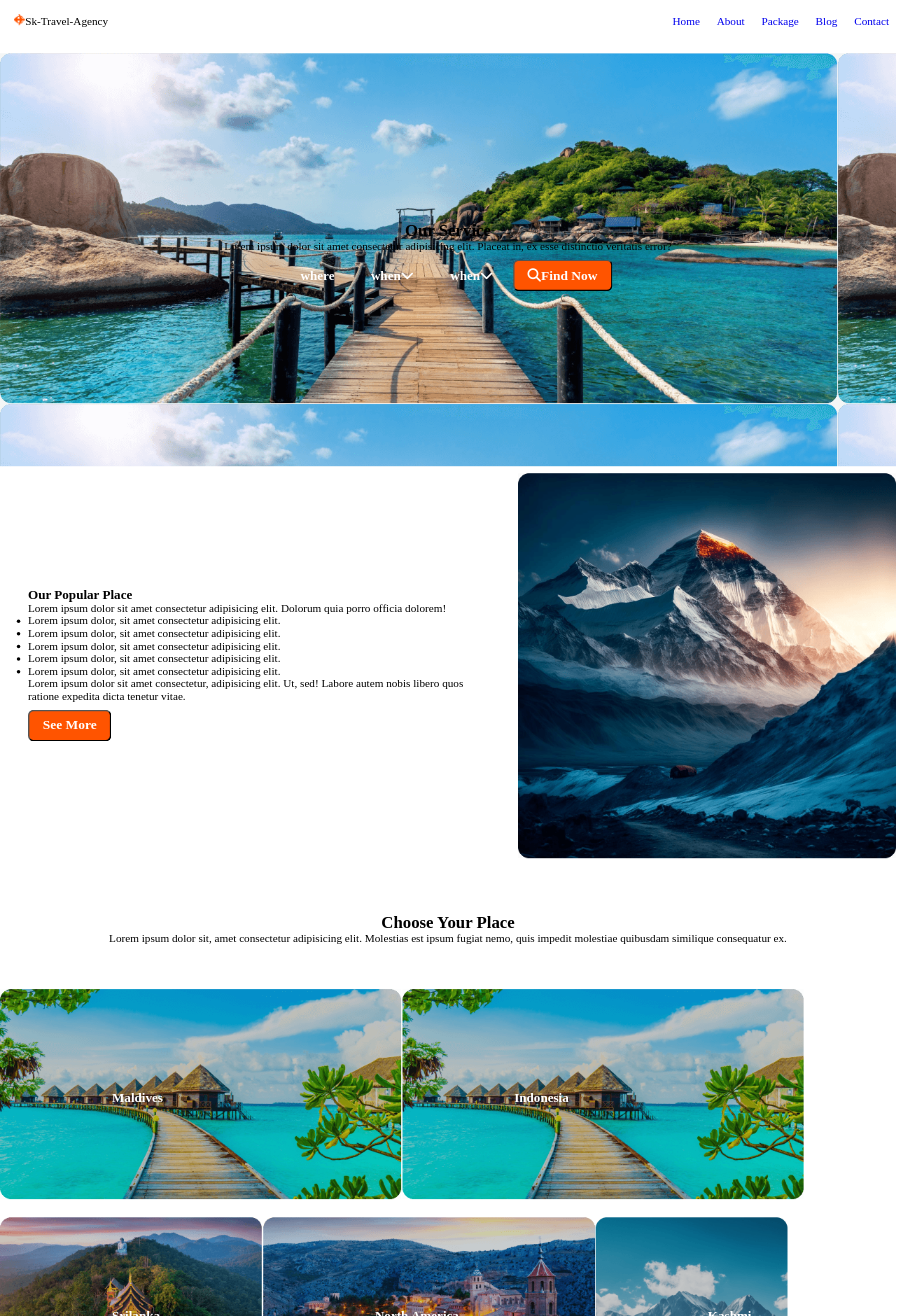
Repository: sumonkumarsarkar/Sk-Travel-Agency-
Page: index.html
The author's editor kept a copy of each file at every save. The page is drawn from the files as they stood at one save, then again after the next save.
The browser window is 1280 px wide. The page is 1308 px wide, then 1312 px, so the pictures cover 1312 px, including what lies to the right of the window. The pictures show the part of the page from y = 0 to 1880 px (the page is 4856 px tall before and 4802 px after), at 70% of full size.

Above is the page before, as saved 2024-01-17 15:30:32.

After the next save:
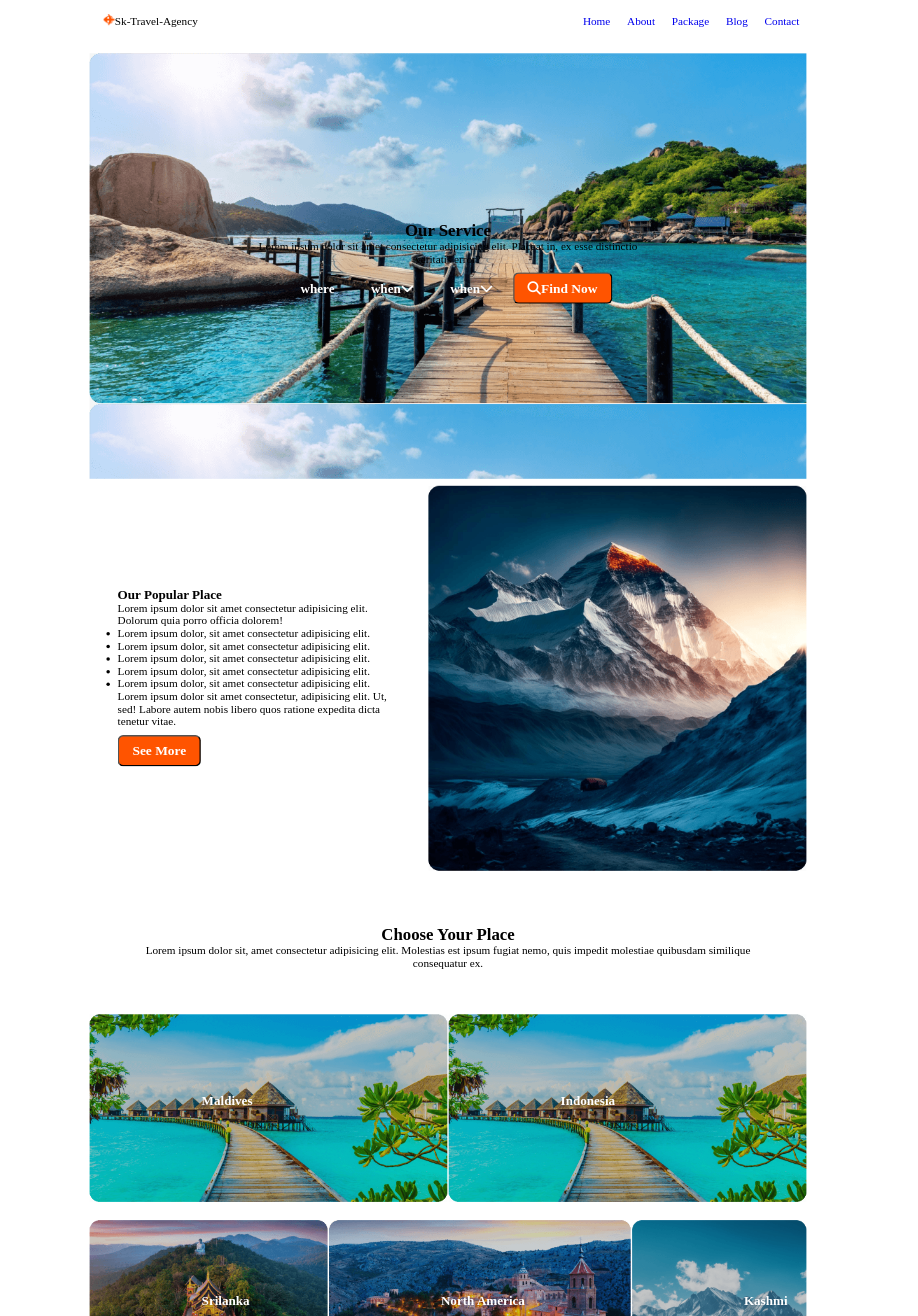
Saved 30 s later.
--- a/style.css
+++ b/style.css
@@ -250,8 +250,8 @@ line-height: 1.5rem;
 
 
 }
-.footer-container, hr{
-width:80%;
+.container, hr{
+width: 80%;
 margin: 0 auto;
 
 
